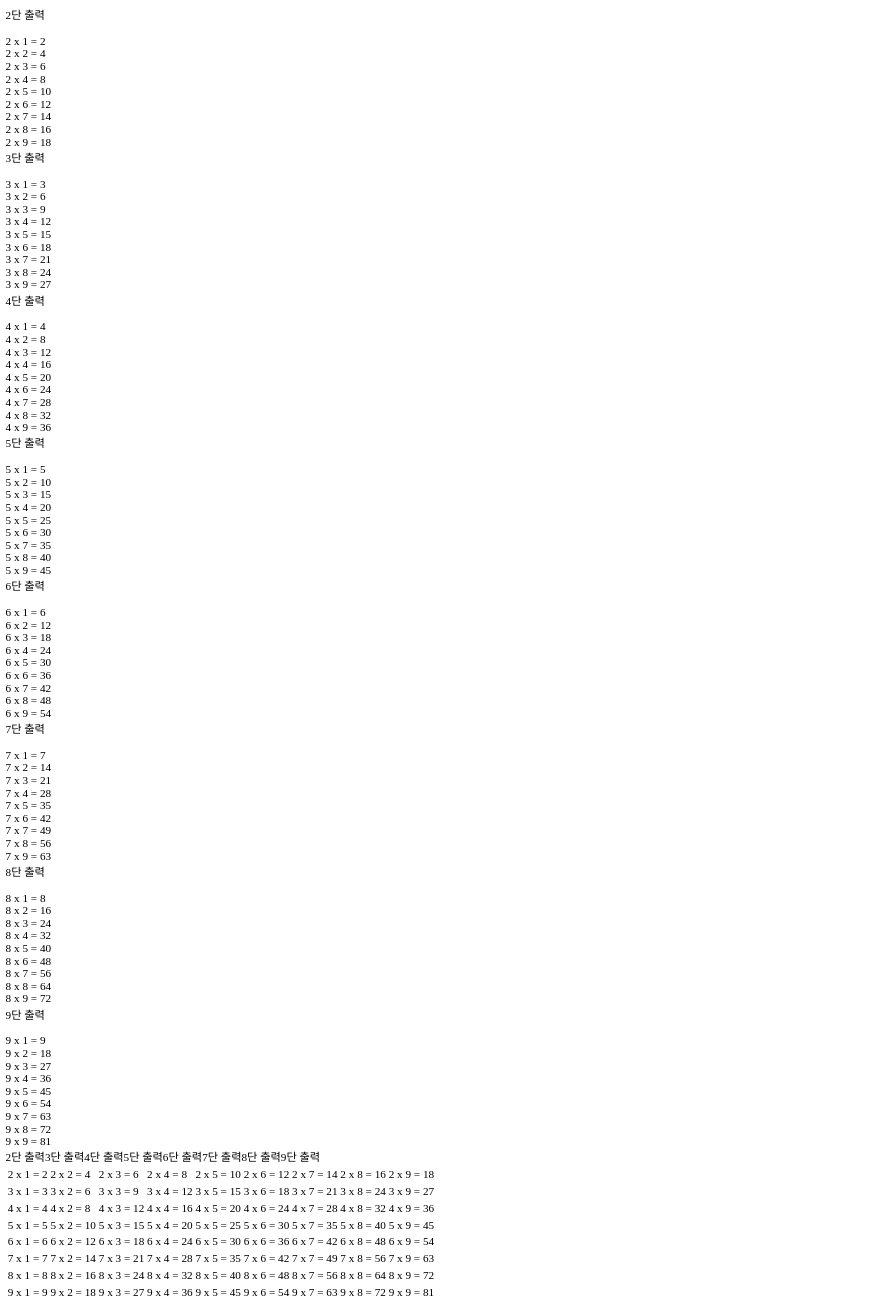
Repository: carnelli95/workspace_JSP
Page: http://localhost/MustHaveJSP/JSPMission/Gugudan1.jsp
The author's editor kept a copy of each file at every save. The page is drawn from the files as they stood at one save, then again after the next save.
The browser window is 1280 px wide. The pictures show the part of the page from y = 0 to 1920 px (the page is 1866 px tall before and 3162 px after), at 70% of full size.
The page is served by Tomcat 9. Other server files are loaded and not shown.

Above is the page before, as saved 2025-09-22 08:31:01.

### MustHaveJSP/src/main/webapp/JSPMission/Gugudan1.jsp
<%@ page language="java" contentType="text/html; charset=UTF-8"
    pageEncoding="UTF-8"%>
<%! int dan;
	int num;
%>
<!DOCTYPE html>
<html>
<head>
<meta charset="UTF-8">
<title>Insert title here</title>
</head>
<body>

<table>
<%
	for(int i = 2; i <= 9; i++) {

		out.println("<tr>" + i + "단 출력</tr><br><br>");
		for(int j = 1; j <= 9; j++) {
			out.print("<tr>" + i + " x " + j  + " = " + i * j + "</tr><br>");
		}
	}
%>
</table>


<table>
<%
	for(int i = 2; i <= 9; i++) {

		out.println("<tr>" + i + "단 출력</tr>");
		for(int j = 1; j <= 9; j++) {
			out.print("<td>" + i + " x " + j  + " = " + i * j + "</td>" + "\t");
		}
	}
%>
</table>
</body>
</html>

After the next save:
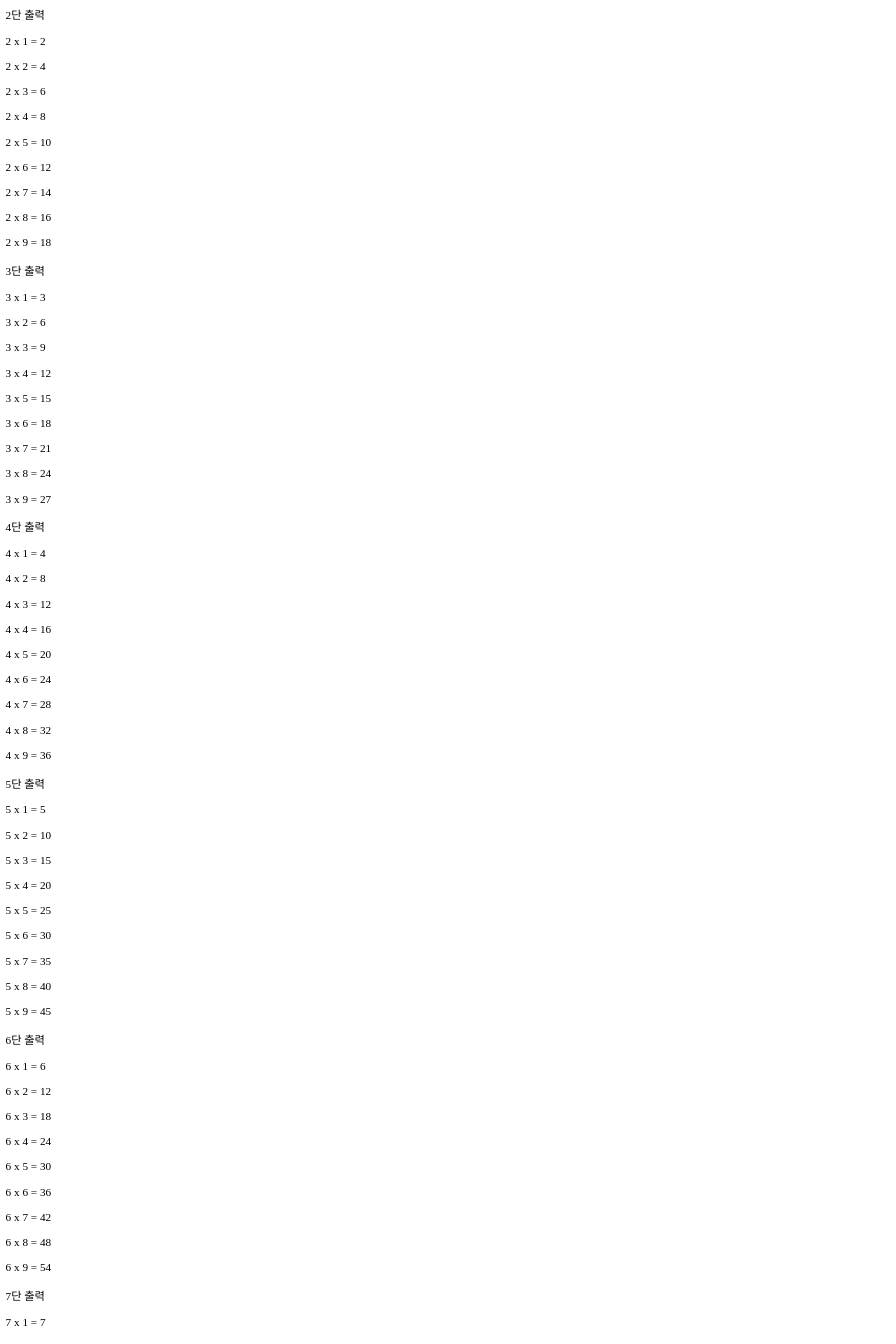
Saved 36 s later.
--- a/MustHaveJSP/src/main/webapp/JSPMission/Gugudan1.jsp
+++ b/MustHaveJSP/src/main/webapp/JSPMission/Gugudan1.jsp
@@ -17,7 +17,7 @@
 
 		out.println("<tr>" + i + "단 출력</tr><br><br>");
 		for(int j = 1; j <= 9; j++) {
-			out.print("<tr>" + i + " x " + j  + " = " + i * j + "</tr><br>");
+			out.print("<tr>" + i + " x " + j  + " = " + i * j + "</tr><br><br>");
 		}
 	}
 %>

After the save that followed:
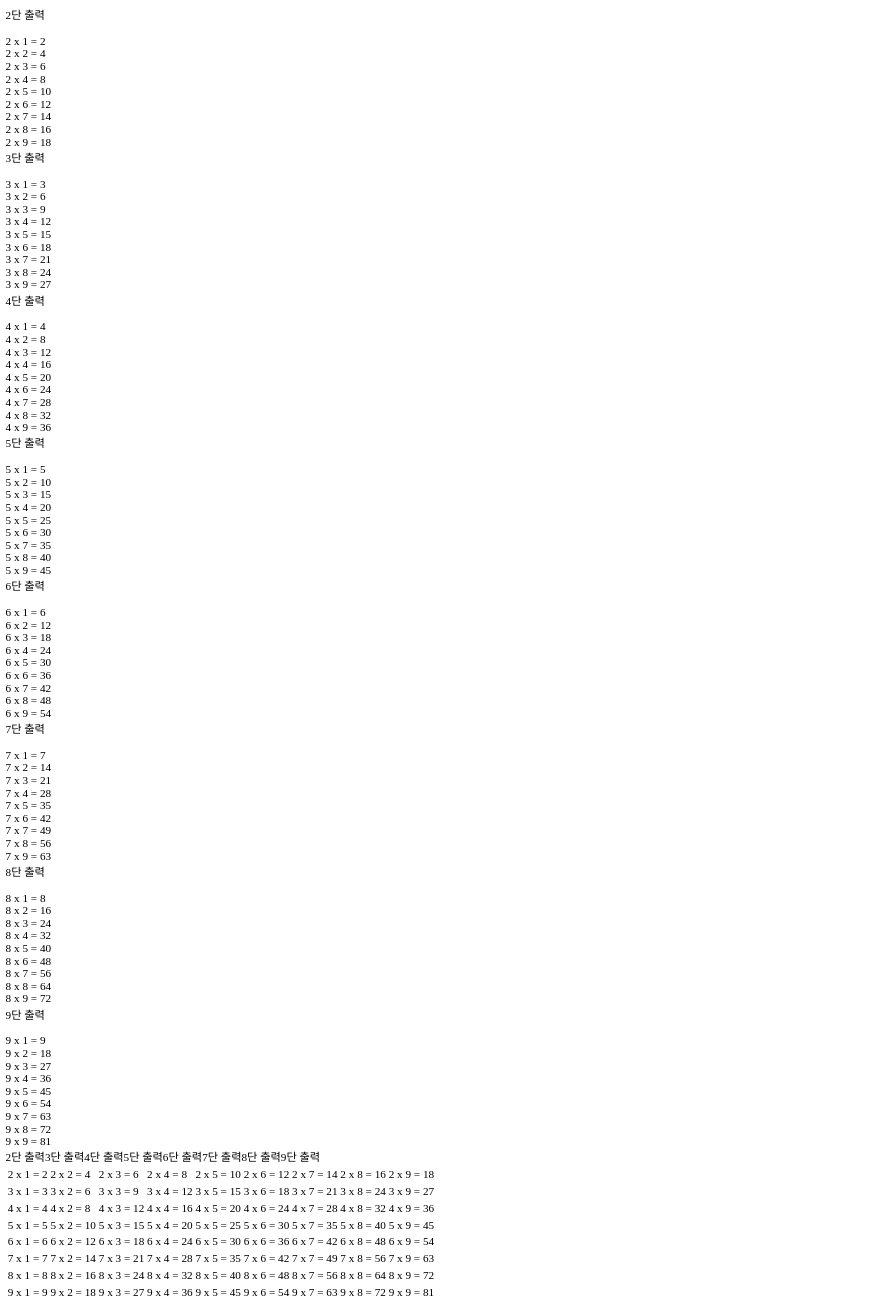
Saved 6 s later.
--- a/MustHaveJSP/src/main/webapp/JSPMission/Gugudan1.jsp
+++ b/MustHaveJSP/src/main/webapp/JSPMission/Gugudan1.jsp
@@ -17,7 +17,7 @@
 
 		out.println("<tr>" + i + "단 출력</tr><br><br>");
 		for(int j = 1; j <= 9; j++) {
-			out.print("<tr>" + i + " x " + j  + " = " + i * j + "</tr><br><br>");
+			out.print("<tr>" + i + " x " + j  + " = " + i * j + "</tr><br>");
 		}
 	}
 %>
